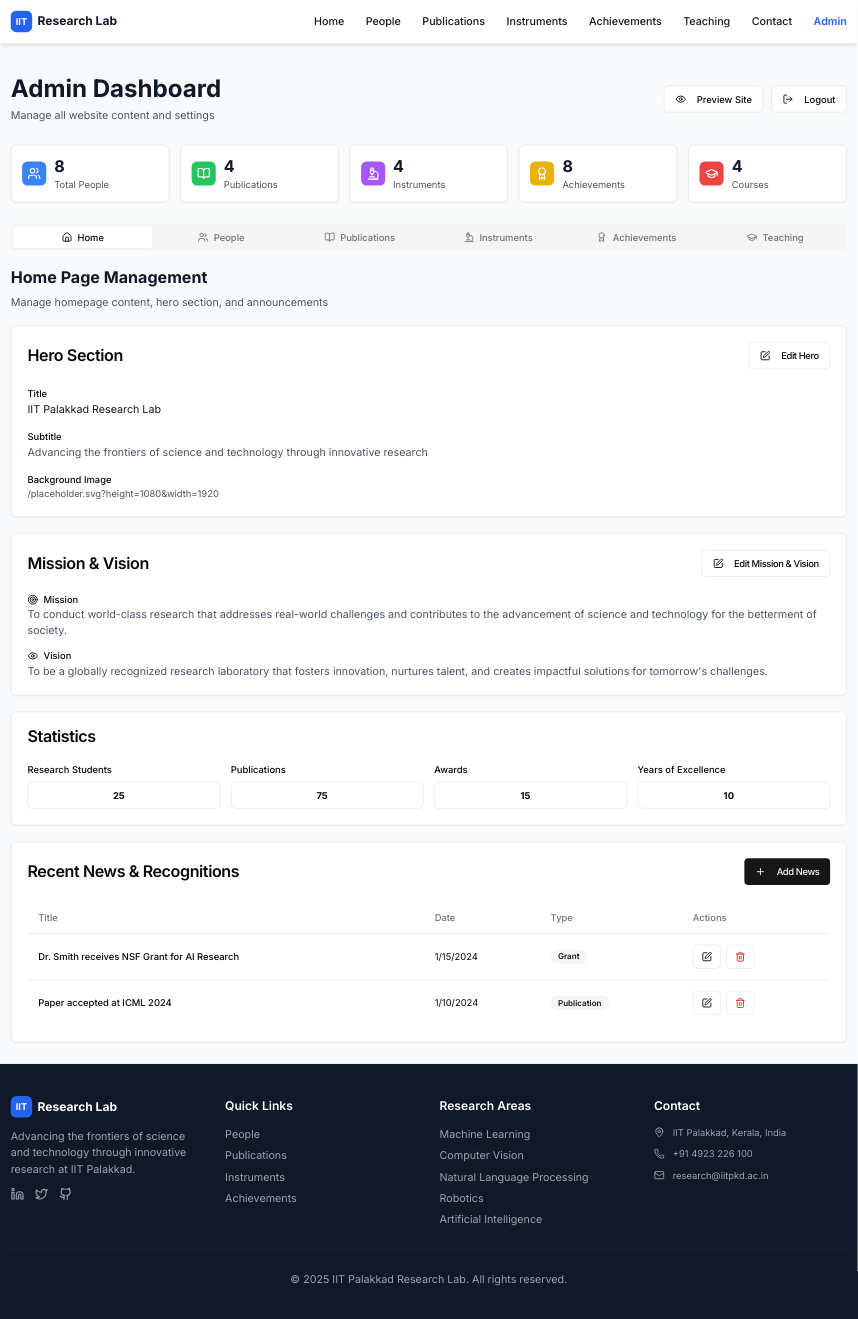
Repository: Gopikrish-30/iit-palakkad-arise
Page: /admin
These files come from the project's save history. The page is drawn as it stood at one moment and after the next save; the edit follows.
The browser window is 1280 px wide. The pictures show the whole page, at 67% of full size.
The project was rebuilt for these pictures with package versions that can differ from the ones it lists, and the page was loaded fresh each time. The framework's server and built-in components were replaced by stand-ins that run in the browser. Also part of the build but not shown: next.config.mjs, components/ui/textarea.tsx, components/ui/select.tsx, components/admin/people-section.tsx, components/ui/checkbox.tsx, components/admin/publications-section.tsx, components/admin/instruments-section.tsx, components/admin/achievements-section.tsx and 1 more.

Above is the page before, as saved 2025-06-01 22:00:39.

### app/layout.tsx
import type React from "react"
import type { Metadata } from "next"
import { Inter } from "next/font/google"
import "./globals.css"
import Navigation from "@/components/layout/navigation"
import Footer from "@/components/layout/footer"

const inter = Inter({ subsets: ["latin"] })

export const metadata: Metadata = {
  title: "IIT Palakkad Research Lab",
  description: "Advancing the frontiers of science and technology through innovative research",
    generator: 'v0.dev'
}

export default function RootLayout({
  children,
}: {
  children: React.ReactNode
}) {
  return (
    <html lang="en">
      <body className={inter.className}>
        <Navigation />
        <main>{children}</main>
        <Footer />
      </body>
    </html>
  )
}

### app/admin/page.tsx
"use client"

import { useState } from "react"
import { motion } from "framer-motion"
import { Tabs, TabsContent, TabsList, TabsTrigger } from "@/components/ui/tabs"
import { Card, CardContent } from "@/components/ui/card"
import { Button } from "@/components/ui/button"
import { Home, Users, BookOpen, Microscope, Award, GraduationCap, Eye, LogOut, Phone, Settings, Image, BarChart3 } from "lucide-react"
import PeopleSection from "@/components/admin/people-section"
import PublicationsSection from "@/components/admin/publications-section"
import InstrumentsSection from "@/components/admin/instruments-section"
import AchievementsSection from "@/components/admin/achievements-section"
import TeachingSection from "@/components/admin/teaching-section"
import HomeSection from "@/components/admin/home-section"
import ContactSection from "@/components/admin/contact-section"
import SiteSettingsSection from "@/components/admin/site-settings-section"
import MediaSection from "@/components/admin/media-section"
import AnalyticsSection from "@/components/admin/analytics-section"

export default function AdminPage() {
  const [activeTab, setActiveTab] = useState("home")

  const stats = [
    { label: "Total People", value: 8, icon: Users, color: "bg-blue-500" },
    { label: "Publications", value: 4, icon: BookOpen, color: "bg-green-500" },
    { label: "Instruments", value: 4, icon: Microscope, color: "bg-purple-500" },
    { label: "Achievements", value: 8, icon: Award, color: "bg-yellow-500" },
    { label: "Courses", value: 4, icon: GraduationCap, color: "bg-red-500" },
  ]

  return (
    <div className="min-h-screen bg-gray-50 pt-20">
      <div className="container mx-auto px-4 py-8">
        {/* Header */}
        <motion.div
          initial={{ opacity: 0, y: 30 }}
          animate={{ opacity: 1, y: 0 }}
          transition={{ duration: 0.8 }}
          className="flex items-center justify-between mb-8"
        >
          <div>
            <h1 className="text-4xl font-bold text-gray-900 mb-2">Admin Dashboard</h1>
            <p className="text-gray-600">Manage all website content and settings</p>
          </div>
          <div className="flex gap-3">
            <Button variant="outline">
              <Eye className="h-4 w-4 mr-2" />
              Preview Site
            </Button>
            <Button variant="outline">
              <LogOut className="h-4 w-4 mr-2" />
              Logout
            </Button>
          </div>
        </motion.div>

        {/* Stats Overview */}
        <motion.div
          initial={{ opacity: 0, y: 20 }}
          animate={{ opacity: 1, y: 0 }}
          transition={{ duration: 0.8, delay: 0.2 }}
          className="grid grid-cols-2 md:grid-cols-5 gap-4 mb-8"
        >
          {stats.map((stat, index) => (
            <Card key={index} className="hover:shadow-md transition-shadow">
              <CardContent className="p-4">
                <div className="flex items-center gap-3">
                  <div className={`p-2 rounded-lg ${stat.color} text-white`}>
                    <stat.icon className="h-5 w-5" />
                  </div>
                  <div>
                    <p className="text-2xl font-bold text-gray-900">{stat.value}</p>
                    <p className="text-sm text-gray-600">{stat.label}</p>
                  </div>
                </div>
              </CardContent>
            </Card>
          ))}
        </motion.div>

        {/* Main Content Tabs */}
        <motion.div
          initial={{ opacity: 0, y: 20 }}
          animate={{ opacity: 1, y: 0 }}
          transition={{ duration: 0.8, delay: 0.4 }}
        >
          <Tabs value={activeTab} onValueChange={setActiveTab} className="space-y-6">
            <TabsList className="grid w-full grid-cols-6 lg:w-auto lg:grid-cols-6">
              <TabsTrigger value="home" className="flex items-center gap-2">
                <Home className="h-4 w-4" />
                <span className="hidden sm:inline">Home</span>
              </TabsTrigger>
              <TabsTrigger value="people" className="flex items-center gap-2">
                <Users className="h-4 w-4" />
                <span className="hidden sm:inline">People</span>
              </TabsTrigger>
              <TabsTrigger value="publications" className="flex items-center gap-2">
                <BookOpen className="h-4 w-4" />
                <span className="hidden sm:inline">Publications</span>
              </TabsTrigger>
              <TabsTrigger value="instruments" className="flex items-center gap-2">
                <Microscope className="h-4 w-4" />
                <span className="hidden sm:inline">Instruments</span>
              </TabsTrigger>
              <TabsTrigger value="achievements" className="flex items-center gap-2">
                <Award className="h-4 w-4" />
                <span className="hidden sm:inline">Achievements</span>
              </TabsTrigger>
              <TabsTrigger value="teaching" className="flex items-center gap-2">
                <GraduationCap className="h-4 w-4" />
                <span className="hidden sm:inline">Teaching</span>
              </TabsTrigger>
            </TabsList>

            <TabsContent value="home">
              <HomeSection />
            </TabsContent>

            <TabsContent value="people">
              <PeopleSection />
            </TabsContent>

            <TabsContent value="publications">
              <PublicationsSection />
            </TabsContent>

            <TabsContent value="instruments">
              <InstrumentsSection />
            </TabsContent>

            <TabsContent value="achievements">
              <AchievementsSection />
            </TabsContent>

            <TabsContent value="teaching">
              <TeachingSection />
            </TabsContent>
          </Tabs>
        </motion.div>
      </div>
    </div>
  )
}

### components/ui/tabs.tsx
"use client"

import * as React from "react"
import * as TabsPrimitive from "@radix-ui/react-tabs"

import { cn } from "@/lib/utils"

const Tabs = TabsPrimitive.Root

const TabsList = React.forwardRef<
  React.ElementRef<typeof TabsPrimitive.List>,
  React.ComponentPropsWithoutRef<typeof TabsPrimitive.List>
>(({ className, ...props }, ref) => (
  <TabsPrimitive.List
    ref={ref}
    className={cn(
      "inline-flex h-10 items-center justify-center rounded-md bg-muted p-1 text-muted-foreground",
      className
    )}
    {...props}
  />
))
TabsList.displayName = TabsPrimitive.List.displayName

const TabsTrigger = React.forwardRef<
  React.ElementRef<typeof TabsPrimitive.Trigger>,
  React.ComponentPropsWithoutRef<typeof TabsPrimitive.Trigger>
>(({ className, ...props }, ref) => (
  <TabsPrimitive.Trigger
    ref={ref}
    className={cn(
      "inline-flex items-center justify-center whitespace-nowrap rounded-sm px-3 py-1.5 text-sm font-medium ring-offset-background transition-all focus-visible:outline-none focus-visible:ring-2 focus-visible:ring-ring focus-visible:ring-offset-2 disabled:pointer-events-none disabled:opacity-50 data-[state=active]:bg-background data-[state=active]:text-foreground data-[state=active]:shadow-sm",
      className
    )}
    {...props}
  />
))
TabsTrigger.displayName = TabsPrimitive.Trigger.displayName

const TabsContent = React.forwardRef<
  React.ElementRef<typeof TabsPrimitive.Content>,
  React.ComponentPropsWithoutRef<typeof TabsPrimitive.Content>
>(({ className, ...props }, ref) => (
  <TabsPrimitive.Content
    ref={ref}
    className={cn(
      "mt-2 ring-offset-background focus-visible:outline-none focus-visible:ring-2 focus-visible:ring-ring focus-visible:ring-offset-2",
      className
    )}
    {...props}
  />
))
TabsContent.displayName = TabsPrimitive.Content.displayName

export { Tabs, TabsList, TabsTrigger, TabsContent }

### components/ui/card.tsx
import * as React from "react"

import { cn } from "@/lib/utils"

const Card = React.forwardRef<
  HTMLDivElement,
  React.HTMLAttributes<HTMLDivElement>
>(({ className, ...props }, ref) => (
  <div
    ref={ref}
    className={cn(
      "rounded-lg border bg-card text-card-foreground shadow-sm",
      className
    )}
    {...props}
  />
))
Card.displayName = "Card"

const CardHeader = React.forwardRef<
  HTMLDivElement,
  React.HTMLAttributes<HTMLDivElement>
>(({ className, ...props }, ref) => (
  <div
    ref={ref}
    className={cn("flex flex-col space-y-1.5 p-6", className)}
    {...props}
  />
))
CardHeader.displayName = "CardHeader"

const CardTitle = React.forwardRef<
  HTMLDivElement,
  React.HTMLAttributes<HTMLDivElement>
>(({ className, ...props }, ref) => (
  <div
    ref={ref}
    className={cn(
      "text-2xl font-semibold leading-none tracking-tight",
      className
    )}
    {...props}
  />
))
CardTitle.displayName = "CardTitle"

const CardDescription = React.forwardRef<
  HTMLDivElement,
  React.HTMLAttributes<HTMLDivElement>
>(({ className, ...props }, ref) => (
  <div
    ref={ref}
    className={cn("text-sm text-muted-foreground", className)}
    {...props}
  />
))
CardDescription.displayName = "CardDescription"

const CardContent = React.forwardRef<
  HTMLDivElement,
  React.HTMLAttributes<HTMLDivElement>
>(({ className, ...props }, ref) => (
  <div ref={ref} className={cn("p-6 pt-0", className)} {...props} />
))
CardContent.displayName = "CardContent"

const CardFooter = React.forwardRef<
  HTMLDivElement,
  React.HTMLAttributes<HTMLDivElement>
>(({ className, ...props }, ref) => (
  <div
    ref={ref}
    className={cn("flex items-center p-6 pt-0", className)}
    {...props}
  />
))
CardFooter.displayName = "CardFooter"

export { Card, CardHeader, CardFooter, CardTitle, CardDescription, CardContent }

### components/ui/button.tsx
import * as React from "react"
import { Slot } from "@radix-ui/react-slot"
import { cva, type VariantProps } from "class-variance-authority"

import { cn } from "@/lib/utils"

const buttonVariants = cva(
  "inline-flex items-center justify-center gap-2 whitespace-nowrap rounded-md text-sm font-medium ring-offset-background transition-colors focus-visible:outline-none focus-visible:ring-2 focus-visible:ring-ring focus-visible:ring-offset-2 disabled:pointer-events-none disabled:opacity-50 [&_svg]:pointer-events-none [&_svg]:size-4 [&_svg]:shrink-0",
  {
    variants: {
      variant: {
        default: "bg-primary text-primary-foreground hover:bg-primary/90",
        destructive:
          "bg-destructive text-destructive-foreground hover:bg-destructive/90",
        outline:
          "border border-input bg-background hover:bg-accent hover:text-accent-foreground",
        secondary:
          "bg-secondary text-secondary-foreground hover:bg-secondary/80",
        ghost: "hover:bg-accent hover:text-accent-foreground",
        link: "text-primary underline-offset-4 hover:underline",
      },
      size: {
        default: "h-10 px-4 py-2",
        sm: "h-9 rounded-md px-3",
        lg: "h-11 rounded-md px-8",
        icon: "h-10 w-10",
      },
    },
    defaultVariants: {
      variant: "default",
      size: "default",
    },
  }
)

export interface ButtonProps
  extends React.ButtonHTMLAttributes<HTMLButtonElement>,
    VariantProps<typeof buttonVariants> {
  asChild?: boolean
}

const Button = React.forwardRef<HTMLButtonElement, ButtonProps>(
  ({ className, variant, size, asChild = false, ...props }, ref) => {
    const Comp = asChild ? Slot : "button"
    return (
      <Comp
        className={cn(buttonVariants({ variant, size, className }))}
        ref={ref}
        {...props}
      />
    )
  }
)
Button.displayName = "Button"

export { Button, buttonVariants }

### components/ui/input.tsx
import * as React from "react"

import { cn } from "@/lib/utils"

const Input = React.forwardRef<HTMLInputElement, React.ComponentProps<"input">>(
  ({ className, type, ...props }, ref) => {
    return (
      <input
        type={type}
        className={cn(
          "flex h-10 w-full rounded-md border border-input bg-background px-3 py-2 text-base ring-offset-background file:border-0 file:bg-transparent file:text-sm file:font-medium file:text-foreground placeholder:text-muted-foreground focus-visible:outline-none focus-visible:ring-2 focus-visible:ring-ring focus-visible:ring-offset-2 disabled:cursor-not-allowed disabled:opacity-50 md:text-sm",
          className
        )}
        ref={ref}
        {...props}
      />
    )
  }
)
Input.displayName = "Input"

export { Input }

### components/ui/label.tsx
"use client"

import * as React from "react"
import * as LabelPrimitive from "@radix-ui/react-label"
import { cva, type VariantProps } from "class-variance-authority"

import { cn } from "@/lib/utils"

const labelVariants = cva(
  "text-sm font-medium leading-none peer-disabled:cursor-not-allowed peer-disabled:opacity-70"
)

const Label = React.forwardRef<
  React.ElementRef<typeof LabelPrimitive.Root>,
  React.ComponentPropsWithoutRef<typeof LabelPrimitive.Root> &
    VariantProps<typeof labelVariants>
>(({ className, ...props }, ref) => (
  <LabelPrimitive.Root
    ref={ref}
    className={cn(labelVariants(), className)}
    {...props}
  />
))
Label.displayName = LabelPrimitive.Root.displayName

export { Label }

### components/ui/dialog.tsx
"use client"

import * as React from "react"
import * as DialogPrimitive from "@radix-ui/react-dialog"
import { X } from "lucide-react"

import { cn } from "@/lib/utils"

const Dialog = DialogPrimitive.Root

const DialogTrigger = DialogPrimitive.Trigger

const DialogPortal = DialogPrimitive.Portal

const DialogClose = DialogPrimitive.Close

const DialogOverlay = React.forwardRef<
  React.ElementRef<typeof DialogPrimitive.Overlay>,
  React.ComponentPropsWithoutRef<typeof DialogPrimitive.Overlay>
>(({ className, ...props }, ref) => (
  <DialogPrimitive.Overlay
    ref={ref}
    className={cn(
      "fixed inset-0 z-50 bg-black/80  data-[state=open]:animate-in data-[state=closed]:animate-out data-[state=closed]:fade-out-0 data-[state=open]:fade-in-0",
      className
    )}
    {...props}
  />
))
DialogOverlay.displayName = DialogPrimitive.Overlay.displayName

const DialogContent = React.forwardRef<
  React.ElementRef<typeof DialogPrimitive.Content>,
  React.ComponentPropsWithoutRef<typeof DialogPrimitive.Content>
>(({ className, children, ...props }, ref) => (
  <DialogPortal>
    <DialogOverlay />
    <DialogPrimitive.Content
      ref={ref}
      className={cn(
        "fixed left-[50%] top-[50%] z-50 grid w-full max-w-lg translate-x-[-50%] translate-y-[-50%] gap-4 border bg-background p-6 shadow-lg duration-200 data-[state=open]:animate-in data-[state=closed]:animate-out data-[state=closed]:fade-out-0 data-[state=open]:fade-in-0 data-[state=closed]:zoom-out-95 data-[state=open]:zoom-in-95 data-[state=closed]:slide-out-to-left-1/2 data-[state=closed]:slide-out-to-top-[48%] data-[state=open]:slide-in-from-left-1/2 data-[state=open]:slide-in-from-top-[48%] sm:rounded-lg",
        className
      )}
      {...props}
    >
      {children}
      <DialogPrimitive.Close className="absolute right-4 top-4 rounded-sm opacity-70 ring-offset-background transition-opacity hover:opacity-100 focus:outline-none focus:ring-2 focus:ring-ring focus:ring-offset-2 disabled:pointer-events-none data-[state=open]:bg-accent data-[state=open]:text-muted-foreground">
        <X className="h-4 w-4" />
        <span className="sr-only">Close</span>
      </DialogPrimitive.Close>
    </DialogPrimitive.Content>
  </DialogPortal>
))
DialogContent.displayName = DialogPrimitive.Content.displayName

const DialogHeader = ({
  className,
  ...props
}: React.HTMLAttributes<HTMLDivElement>) => (
  <div
    className={cn(
      "flex flex-col space-y-1.5 text-center sm:text-left",
      className
    )}
    {...props}
  />
)
DialogHeader.displayName = "DialogHeader"

const DialogFooter = ({
  className,
  ...props
}: React.HTMLAttributes<HTMLDivElement>) => (
  <div
    className={cn(
      "flex flex-col-reverse sm:flex-row sm:justify-end sm:space-x-2",
      className
    )}
    {...props}
  />
)
DialogFooter.displayName = "DialogFooter"

const DialogTitle = React.forwardRef<
  React.ElementRef<typeof DialogPrimitive.Title>,
  React.ComponentPropsWithoutRef<typeof DialogPrimitive.Title>
>(({ className, ...props }, ref) => (
  <DialogPrimitive.Title
    ref={ref}
    className={cn(
      "text-lg font-semibold leading-none tracking-tight",
      className
    )}
    {...props}
  />
))
DialogTitle.displayName = DialogPrimitive.Title.displayName

const DialogDescription = React.forwardRef<
  React.ElementRef<typeof DialogPrimitive.Description>,
  React.ComponentPropsWithoutRef<typeof DialogPrimitive.Description>
>(({ className, ...props }, ref) => (
  <DialogPrimitive.Description
    ref={ref}
    className={cn("text-sm text-muted-foreground", className)}
    {...props}
  />
))
DialogDescription.displayName = DialogPrimitive.Description.displayName

export {
  Dialog,
  DialogPortal,
  DialogOverlay,
  DialogClose,
  DialogTrigger,
  DialogContent,
  DialogHeader,
  DialogFooter,
  DialogTitle,
  DialogDescription,
}

### components/ui/badge.tsx
import * as React from "react"
import { cva, type VariantProps } from "class-variance-authority"

import { cn } from "@/lib/utils"

const badgeVariants = cva(
  "inline-flex items-center rounded-full border px-2.5 py-0.5 text-xs font-semibold transition-colors focus:outline-none focus:ring-2 focus:ring-ring focus:ring-offset-2",
  {
    variants: {
      variant: {
        default:
          "border-transparent bg-primary text-primary-foreground hover:bg-primary/80",
        secondary:
          "border-transparent bg-secondary text-secondary-foreground hover:bg-secondary/80",
        destructive:
          "border-transparent bg-destructive text-destructive-foreground hover:bg-destructive/80",
        outline: "text-foreground",
      },
    },
    defaultVariants: {
      variant: "default",
    },
  }
)

export interface BadgeProps
  extends React.HTMLAttributes<HTMLDivElement>,
    VariantProps<typeof badgeVariants> {}

function Badge({ className, variant, ...props }: BadgeProps) {
  return (
    <div className={cn(badgeVariants({ variant }), className)} {...props} />
  )
}

export { Badge, badgeVariants }

### components/ui/table.tsx
import * as React from "react"

import { cn } from "@/lib/utils"

const Table = React.forwardRef<
  HTMLTableElement,
  React.HTMLAttributes<HTMLTableElement>
>(({ className, ...props }, ref) => (
  <div className="relative w-full overflow-auto">
    <table
      ref={ref}
      className={cn("w-full caption-bottom text-sm", className)}
      {...props}
    />
  </div>
))
Table.displayName = "Table"

const TableHeader = React.forwardRef<
  HTMLTableSectionElement,
  React.HTMLAttributes<HTMLTableSectionElement>
>(({ className, ...props }, ref) => (
  <thead ref={ref} className={cn("[&_tr]:border-b", className)} {...props} />
))
TableHeader.displayName = "TableHeader"

const TableBody = React.forwardRef<
  HTMLTableSectionElement,
  React.HTMLAttributes<HTMLTableSectionElement>
>(({ className, ...props }, ref) => (
  <tbody
    ref={ref}
    className={cn("[&_tr:last-child]:border-0", className)}
    {...props}
  />
))
TableBody.displayName = "TableBody"

const TableFooter = React.forwardRef<
  HTMLTableSectionElement,
  React.HTMLAttributes<HTMLTableSectionElement>
>(({ className, ...props }, ref) => (
  <tfoot
    ref={ref}
    className={cn(
      "border-t bg-muted/50 font-medium [&>tr]:last:border-b-0",
      className
    )}
    {...props}
  />
))
TableFooter.displayName = "TableFooter"

const TableRow = React.forwardRef<
  HTMLTableRowElement,
  React.HTMLAttributes<HTMLTableRowElement>
>(({ className, ...props }, ref) => (
  <tr
    ref={ref}
    className={cn(
      "border-b transition-colors hover:bg-muted/50 data-[state=selected]:bg-muted",
      className
    )}
    {...props}
  />
))
TableRow.displayName = "TableRow"

const TableHead = React.forwardRef<
  HTMLTableCellElement,
  React.ThHTMLAttributes<HTMLTableCellElement>
>(({ className, ...props }, ref) => (
  <th
    ref={ref}
    className={cn(
      "h-12 px-4 text-left align-middle font-medium text-muted-foreground [&:has([role=checkbox])]:pr-0",
      className
    )}
    {...props}
  />
))
TableHead.displayName = "TableHead"

const TableCell = React.forwardRef<
  HTMLTableCellElement,
  React.TdHTMLAttributes<HTMLTableCellElement>
>(({ className, ...props }, ref) => (
  <td
    ref={ref}
    className={cn("p-4 align-middle [&:has([role=checkbox])]:pr-0", className)}
    {...props}
  />
))
TableCell.displayName = "TableCell"

const TableCaption = React.forwardRef<
  HTMLTableCaptionElement,
  React.HTMLAttributes<HTMLTableCaptionElement>
>(({ className, ...props }, ref) => (
  <caption
    ref={ref}
    className={cn("mt-4 text-sm text-muted-foreground", className)}
    {...props}
  />
))
TableCaption.displayName = "TableCaption"

export {
  Table,
  TableHeader,
  TableBody,
  TableFooter,
  TableHead,
  TableRow,
  TableCell,
  TableCaption,
}

Loaded but not shown: app/globals.css (common file); lib/utils.ts (common file); tailwind.config.ts (common file); components/admin/home-section.tsx (434 lines, source omitted); components/layout/navigation.tsx (118 lines, source omitted); components/ui/sheet.tsx (140 lines, source omitted); components/layout/footer.tsx (98 lines, source omitted)

After the next save:
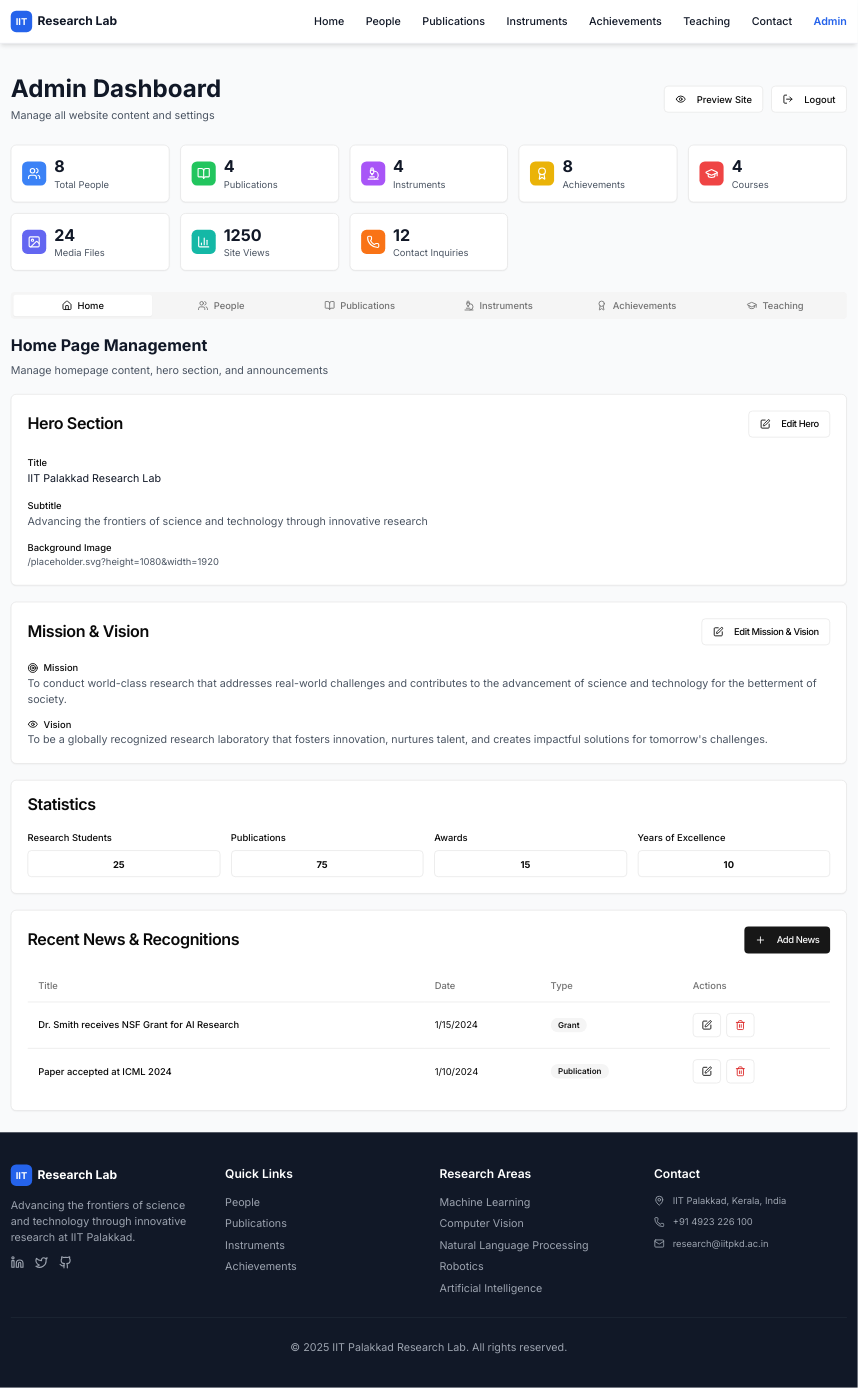
Saved 16 s later.
--- a/app/admin/page.tsx
+++ b/app/admin/page.tsx
@@ -26,6 +26,9 @@
     { label: "Instruments", value: 4, icon: Microscope, color: "bg-purple-500" },
     { label: "Achievements", value: 8, icon: Award, color: "bg-yellow-500" },
     { label: "Courses", value: 4, icon: GraduationCap, color: "bg-red-500" },
+    { label: "Media Files", value: 24, icon: Image, color: "bg-indigo-500" },
+    { label: "Site Views", value: 1250, icon: BarChart3, color: "bg-teal-500" },
+    { label: "Contact Inquiries", value: 12, icon: Phone, color: "bg-orange-500" },
   ]
 
   return (
